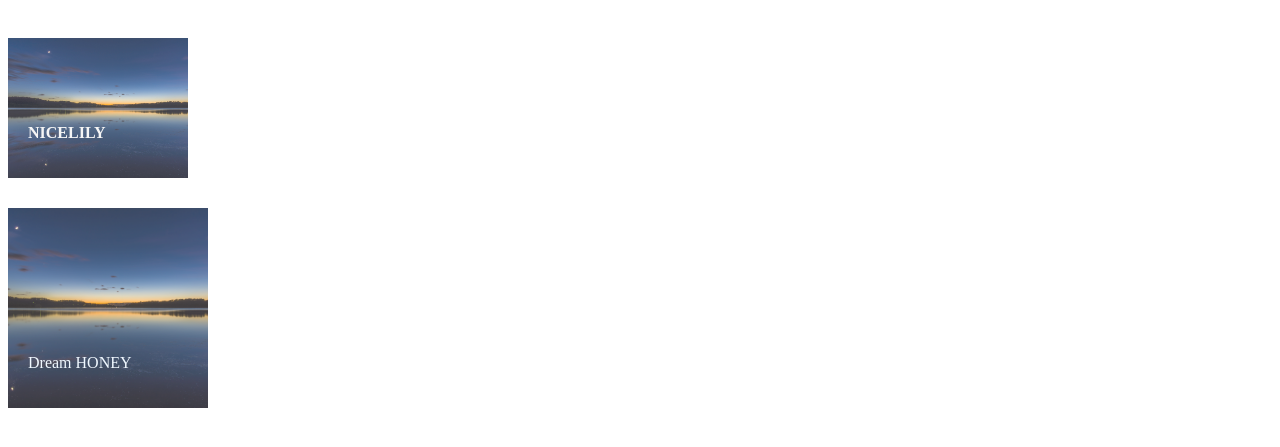
Repository: northpx/animation
Page: index.html
The author's editor kept a copy of each file at every save. The page is drawn from the files as they stood at one save, then again after a run of saves.
The browser window is 1280 px wide. The pictures show the whole page.
The pointer rests on the first visible `.container1`.

Above is the page before, as saved 2022-12-21 17:59:51.

After the next 3 saves:
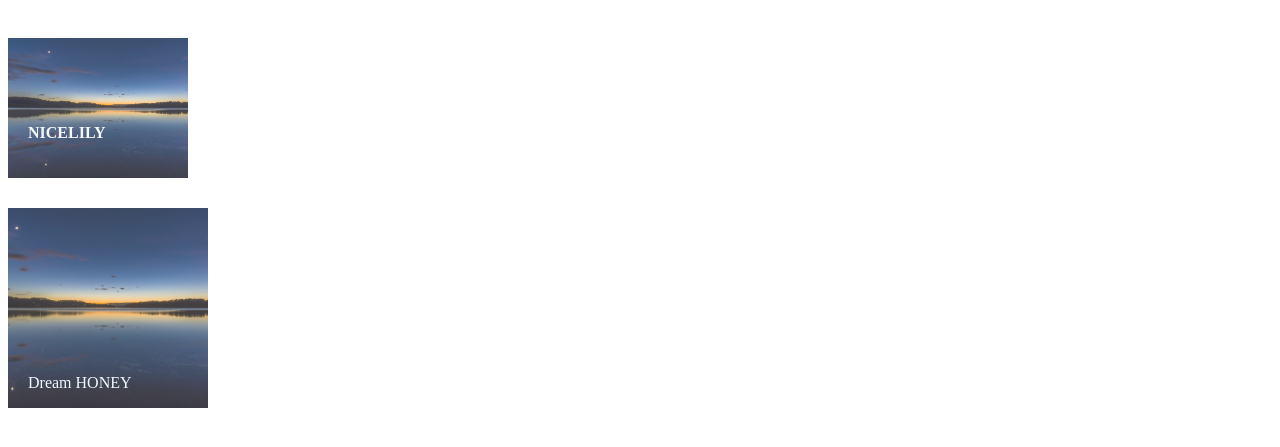
The 3 saves are shown as one change because they came seconds apart.
The last was saved 8 s later.
--- a/style.css
+++ b/style.css
@@ -177,5 +177,5 @@
 }
 
 .container1:hover .p3{
-    transform: ;
+    transform: translateY(20px);
 }
